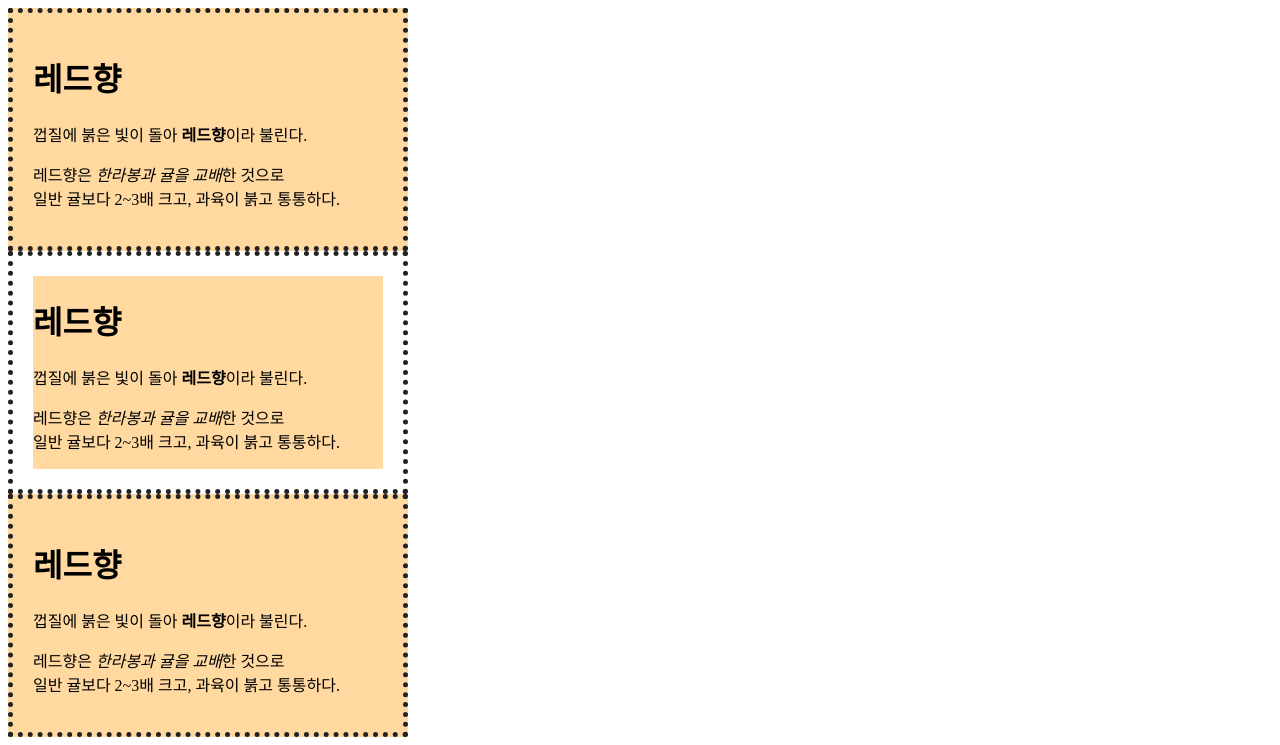
Repository: topyoungil/CodeMemories-ByJake
Page: HTML_CSS/WebContent/test/1003_css/bg-clip.html
The author's editor kept a copy of each file at every save. The page is drawn from the files as they stood at one save, then again after the next save.
The browser window is 1280 px wide. The pictures show the whole page.

Above is the page before, as saved 2022-10-03 13:09:46.

After the next save:
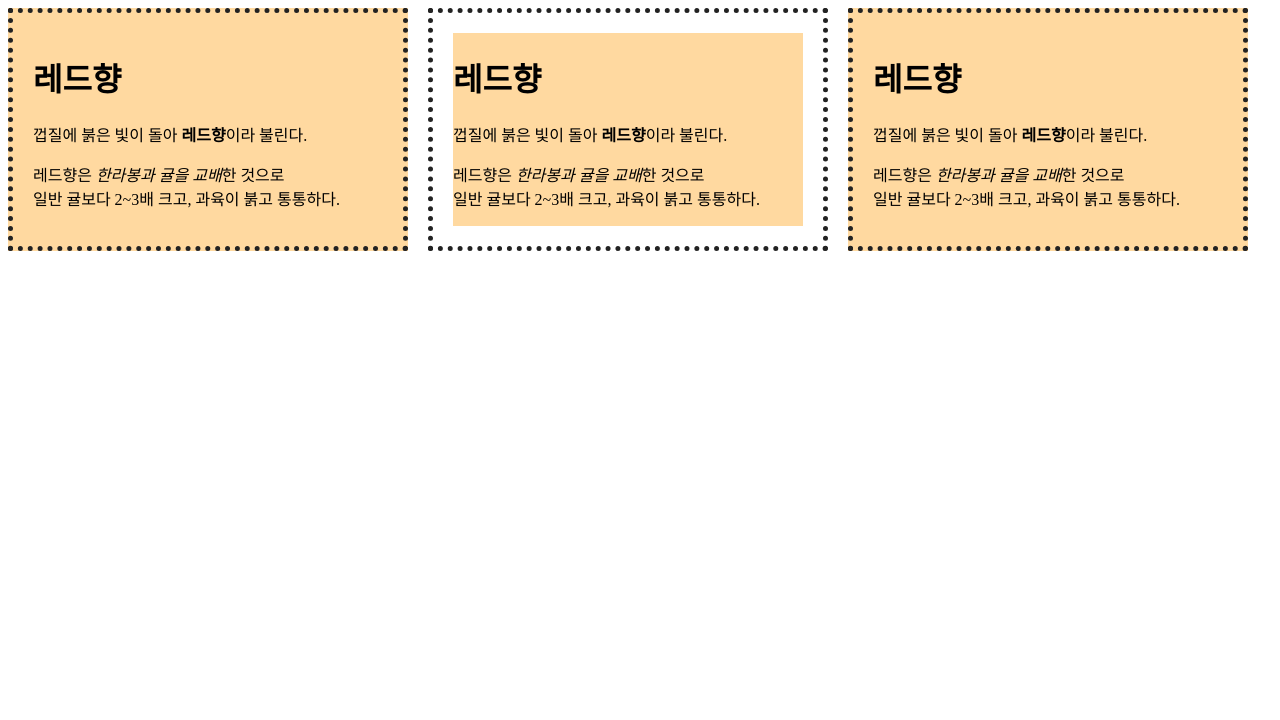
Saved 15 s later.
--- a/HTML_CSS/WebContent/test/1003_css/bg-clip.html
+++ b/HTML_CSS/WebContent/test/1003_css/bg-clip.html
@@ -9,8 +9,8 @@
 		background-color: #ffd9a0;
 		width: 350px;
 		padding: 20px;
-
-
+		margin-right: 20px;
+		float: left;
 	}
 
 	#clip-border {
